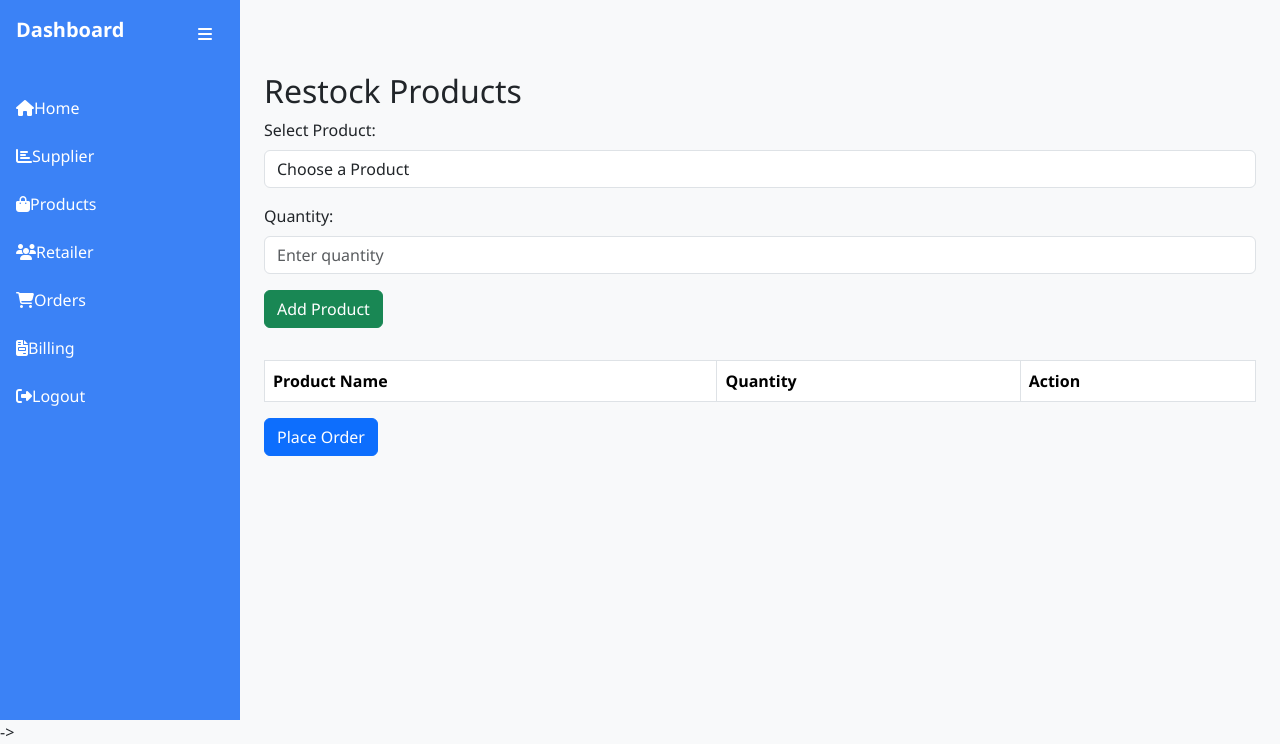
Repository: AditiAjitSalvi/Inventory_Managment
Page: http://localhost/Paper_inventory/NewFile.jsp
An editor plug-in stored every save of this project. The page is shown before and after the next save, followed by the edit.
The browser window is 1280 px wide. The pictures show the whole page.
The page is served by Tomcat 10. Other server files are loaded and not shown. Queries for data that is not in the repository find no rows.

Above is the page before, as saved 2025-06-04 14:03:51.
Console error: SyntaxError: Unexpected end of input

### Paper_inventory/Paper_inventory/src/main/webapp/NewFile.jsp
<%@ page language="java" contentType="text/html; charset=UTF-8"
	pageEncoding="UTF-8"%>
<%@ page import="java.sql.*"%>
<%@page import="java.sql.DriverManager"%>
<%@page import="com.mysql.cj.jdbc.Driver"%>
<%@page import="java.sql.ResultSet"%>
<%@page import="java.sql.Statement"%>
<%@page import="java.sql.Connection"%>

<!DOCTYPE html>
<html lang="en">
<head>
<meta charset="UTF-8">
<meta name="viewport" content="width=device-width, initial-scale=1.0">
<title>Create Purchase Order</title>
<link
	href="https://cdn.jsdelivr.net/npm/bootstrap@5.3.2/dist/css/bootstrap.min.css"
	rel="stylesheet">
<link rel="stylesheet"
	href="https://cdnjs.cloudflare.com/ajax/libs/font-awesome/6.4.2/css/all.min.css">
<style>
body {
	margin: 0;
	padding: 0;
	background-color: #f8f9fa;
	font-family: 'Segoe UI', Tahoma, Geneva, Verdana, sans-serif;
}

.dashboard-container {
	display: flex;
	min-height: 100vh;
}

.sidebar {
	width: 240px;
	background-color: #3b82f6;
	color: white;
	display: flex;
	flex-direction: column;
}

.sidebar.collapsed {
	width: 64px;
}

.sidebar-header {
	display: flex;
	justify-content: space-between;
	align-items: center;
	padding: 16px;
}

.sidebar-title {
	font-size: 1.25rem;
	font-weight: bold;
}

.sidebar-toggle {
	background: transparent;
	border: none;
	color: white;
	cursor: pointer;
}

.sidebar-menu {
	display: flex;
	flex-direction: column;
	padding-top: 16px;
}

.sidebar-link {
	display: flex;
	align-items: center;
	padding: 12px 16px;
	text-decoration: none;
	color: white;
}

.sidebar-link:hover {
	background-color: #2563eb;
}

.sidebar.collapsed .sidebar-title, .sidebar.collapsed .link-text {
	display: none;
}

.main-content {
	flex: 1;
	padding: 24px;
}

@media ( max-width : 768px) {
	.sidebar {
		width: 64px;
	}
	.sidebar .sidebar-title, .sidebar .link-text {
		display: none;
	}
}
</style>
</head>
<body>
	<div class="dashboard-container">
		<div class="sidebar" id="sidebar">
			<div class="sidebar-header">
				<h2 class="sidebar-title">Dashboard</h2>
				<button class="btn sidebar-toggle" id="sidebarToggle">
					<i class="fa fa-bars"></i>
				</button>
			</div>
			<div class="sidebar-menu">
				<a href="Home.jsp" class="sidebar-link active"><i
					class="fa fa-home"></i><span class="link-text">Home</span></a> <a
					href="" class="sidebar-link"><i class="fa fa-chart-bar"></i><span
					class="link-text">Supplier</span></a> <a href="Product.jsp"
					class="sidebar-link"><i class="fa fa-shopping-bag"></i><span
					class="link-text">Products</span></a> <a href="Retailer.jsp"
					class="sidebar-link"><i class="fa fa-users"></i><span
					class="link-text">Retailer</span></a> <a href="Order.jsp"
					class="sidebar-link"><i class="fa fa-shopping-cart"></i><span
					class="link-text">Orders</span></a> <a href="Billing.jsp"
					class="sidebar-link"><i class="fa fa-file-invoice"></i><span
					class="link-text">Billing</span></a> <a href="Login.html"
					class="sidebar-link"><i class="fa fa-sign-out-alt"></i><span
					class="link-text">Logout</span></a>
			</div>
		</div>

		<div class="main-content container mt-5">
			<h2>Restock Products</h2>
			<form action="SavePurchase.jsp" method="post" id="purchaseForm">
				<div class="mb-3">
					<label for="product" class="form-label">Select Product:</label> <select
						class="form-control" id="product" name="product">
						<option value="" disabled selected>Choose a Product</option>
						<%
						try {
							Class.forName("com.mysql.cj.jdbc.Driver");
							Connection con = DriverManager.getConnection("jdbc:mysql://localhost:3307/inventory", "root", "");
							Statement stmt = con.createStatement();
							ResultSet rs = stmt.executeQuery("SELECT product_id, product_name FROM products");
							while (rs.next()) {
						%>
						<option value="<%=rs.getInt("product_id")%>"
							data-name="<%=rs.getString("product_name")%>">
							<%=rs.getString("product_name")%>
						</option>
						<%
						}
						con.close();
						} catch (Exception e) {
						out.println("Error loading products: " + e.getMessage());
						}
						%>
					</select>
				</div>

				<div class="mb-3">
					<label for="quantity" class="form-label">Quantity:</label> <input
						type="number" class="form-control" id="quantity" min="1"
						placeholder="Enter quantity">
				</div>

				<button type="button" class="btn btn-success mb-3"
					onclick="addProduct()">Add Product</button>


				<table class="table table-bordered mt-3" id="productTable">
					<thead>
						<tr>
							<th>Product Name</th>
							<th>Quantity</th>
							<th>Action</th>
						</tr>
					</thead>
					<tbody>
						<!-- Dynamically filled by JS -->
					</tbody>
				</table>

				<button type="submit" class="btn btn-primary">Place Order</button>


			</form>
		</div>
	</div>

	<script
		src="https://cdn.jsdelivr.net/npm/bootstrap@5.3.2/dist/js/bootstrap.bundle.min.js"></script>
	<script>

	// Wait for the DOM to be fully loaded
	document.addEventListener('DOMContentLoaded', function() {
		// Sidebar toggle functionality
		const sidebarToggle = document.getElementById('sidebarToggle');
		const sidebar = document.getElementById('sidebar');

		sidebarToggle.addEventListener('click', function() {
			sidebar.classList.toggle('collapsed');
		});

		// Check if we're on mobile
		function checkMobile() {
			if (window.innerWidth < 768) {
				sidebar.classList.add('collapsed');
			} else {
				sidebar.classList.remove('collapsed');
			}
		}

		// Initial check
		checkMobile();

		// Listen for window resize
		window.addEventListener('resize', checkMobile);
  let purchaseProducts = [];

  function addProduct() {
	  const productSelect = document.getElementById('product');
	  const selectedOption = productSelect.options[productSelect.selectedIndex];
	  const quantityInput = document.getElementById('quantity');
	  const tableBody = document.getElementById('productTable').getElementsByTagName('tbody')[0];

	  const productId = productSelect.value;
	  const productName = selectedOption.getAttribute('data-name') || selectedOption.text;
	  const quantity = parseInt(quantityInput.value);

	  if (!productId) {
	    alert("Please select a product.");
	    return;
	  }

	  if (isNaN(quantity) || quantity <= 0) {
	    alert("Please enter a valid quantity.");
	    return;
	  }

	  if (purchaseProducts.some(p => p.productId === productId)) {
	    alert("Product already added. Remove it before adding again.");
	    return;
	  }

	  // Add to array
	  purchaseProducts.push({ productId, productName, quantity });

	  // Add to table
	  const newRow = tableBody.insertRow();
	  newRow.setAttribute("data-product-id", productId);

	  // Use insertCell instead of innerHTML
	  const cell0 = newRow.insertCell(0);
	  cell0.innerText = productName;
	  const hiddenInputId = document.createElement("input");
	  hiddenInputId.type = "hidden";
	  hiddenInputId.name = "productId[]";
	  hiddenInputId.value = productId;
	  cell0.appendChild(hiddenInputId);

	  const cell1 = newRow.insertCell(1);
	  cell1.innerText = quantity;
	  const hiddenInputQty = document.createElement("input");
	  hiddenInputQty.type = "hidden";
	  hiddenInputQty.name = "quantity[]";
	  hiddenInputQty.value = quantity;
	  cell1.appendChild(hiddenInputQty);

	  const cell2 = newRow.insertCell(2);
	  cell2.innerHTML = `<button type="button" class="btn btn-danger btn-sm" onclick="removeProduct(this)">Remove</button>`;

	  // Reset form
	  productSelect.selectedIndex = 0;
	  quantityInput.value = "";
	}


  function removeProduct(button) {
    const row = button.closest("tr");
    const productId = row.getAttribute("data-product-id");

    // Remove from array
    purchaseProducts = purchaseProducts.filter(p => p.productId !== productId);

    // Remove row
    row.remove();
  }
</script>->


</body>
</html>

After the next save:
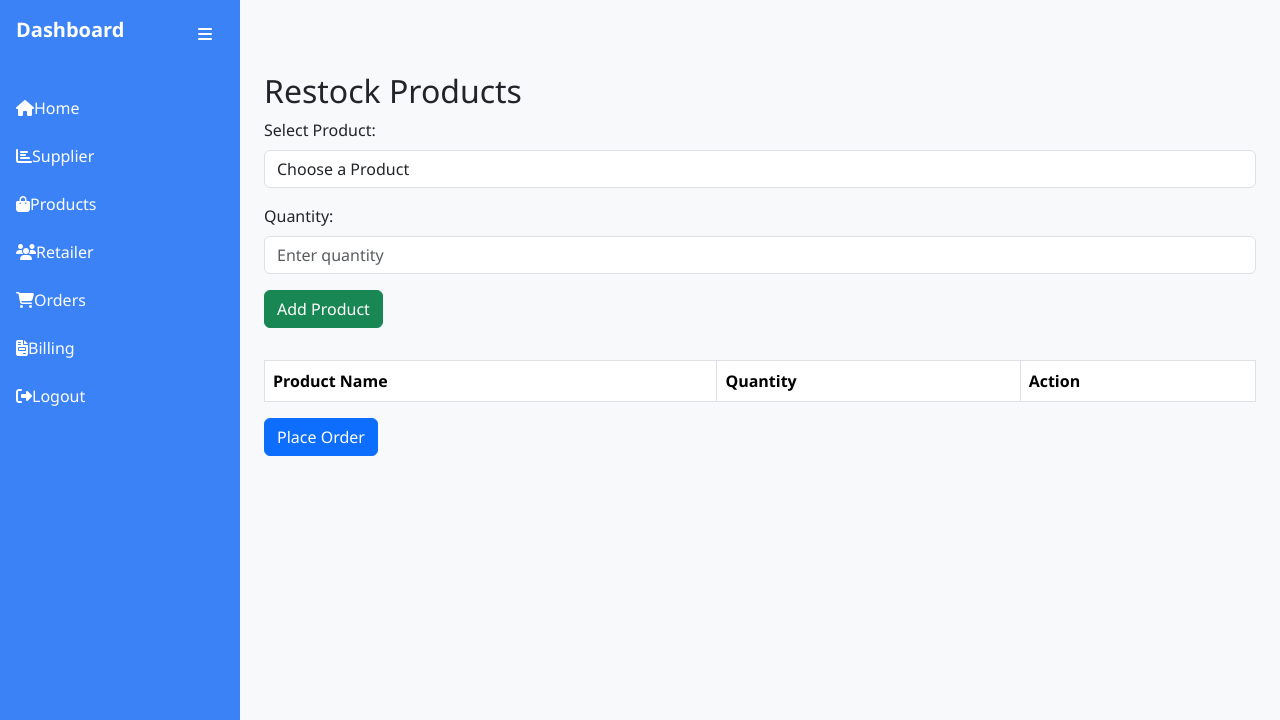
The error is gone.
Saved 60 s later.
--- a/Paper_inventory/Paper_inventory/src/main/webapp/NewFile.jsp
+++ b/Paper_inventory/Paper_inventory/src/main/webapp/NewFile.jsp
@@ -187,7 +187,7 @@ body {
 
 	<script
 		src="https://cdn.jsdelivr.net/npm/bootstrap@5.3.2/dist/js/bootstrap.bundle.min.js"></script>
-	<script>
+<!--	<script>
 
 	// Wait for the DOM to be fully loaded
 	document.addEventListener('DOMContentLoaded', function() {
@@ -283,7 +283,93 @@ body {
     // Remove row
     row.remove();
   }
-</script>->
+</script>-->
+<script>
+  // Sidebar toggle
+  document.addEventListener('DOMContentLoaded', function () {
+    const sidebarToggle = document.getElementById('sidebarToggle');
+    const sidebar = document.getElementById('sidebar');
+
+    sidebarToggle.addEventListener('click', function () {
+      sidebar.classList.toggle('collapsed');
+    });
+
+    function checkMobile() {
+      if (window.innerWidth < 768) {
+        sidebar.classList.add('collapsed');
+      } else {
+        sidebar.classList.remove('collapsed');
+      }
+    }
+
+    checkMobile();
+    window.addEventListener('resize', checkMobile);
+  });
+
+  // Move these outside the DOMContentLoaded so they are in global scope
+  let purchaseProducts = [];
+
+  function addProduct() {
+    const productSelect = document.getElementById('product');
+    const selectedOption = productSelect.options[productSelect.selectedIndex];
+    const quantityInput = document.getElementById('quantity');
+    const tableBody = document.getElementById('productTable').getElementsByTagName('tbody')[0];
+
+    const productId = productSelect.value;
+    const productName = selectedOption.getAttribute('data-name') || selectedOption.text;
+    const quantity = parseInt(quantityInput.value);
+
+    if (!productId) {
+      alert("Please select a product.");
+      return;
+    }
+
+    if (isNaN(quantity) || quantity <= 0) {
+      alert("Please enter a valid quantity.");
+      return;
+    }
+
+    if (purchaseProducts.some(p => p.productId === productId)) {
+      alert("Product already added. Remove it before adding again.");
+      return;
+    }
+
+    purchaseProducts.push({ productId, productName, quantity });
+
+    const newRow = tableBody.insertRow();
+    newRow.setAttribute("data-product-id", productId);
+
+    const cell0 = newRow.insertCell(0);
+    cell0.innerText = productName;
+    const hiddenInputId = document.createElement("input");
+    hiddenInputId.type = "hidden";
+    hiddenInputId.name = "productId[]";
+    hiddenInputId.value = productId;
+    cell0.appendChild(hiddenInputId);
+
+    const cell1 = newRow.insertCell(1);
+    cell1.innerText = quantity;
+    const hiddenInputQty = document.createElement("input");
+    hiddenInputQty.type = "hidden";
+    hiddenInputQty.name = "quantity[]";
+    hiddenInputQty.value = quantity;
+    cell1.appendChild(hiddenInputQty);
+
+    const cell2 = newRow.insertCell(2);
+    cell2.innerHTML = `<button type="button" class="btn btn-danger btn-sm" onclick="removeProduct(this)">Remove</button>`;
+
+    productSelect.selectedIndex = 0;
+    quantityInput.value = "";
+  }
+
+  function removeProduct(button) {
+    const row = button.closest("tr");
+    const productId = row.getAttribute("data-product-id");
+
+    purchaseProducts = purchaseProducts.filter(p => p.productId !== productId);
+    row.remove();
+  }
+</script>
 
 
 </body>
